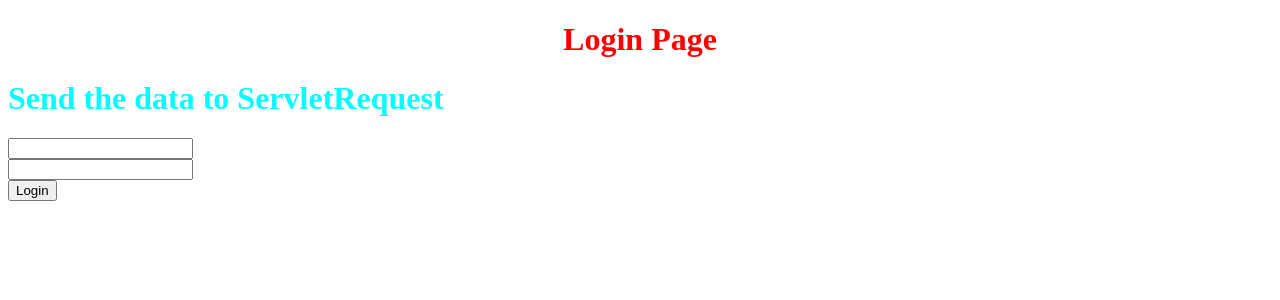
Repository: Somanath-Singh/Spring-Framework-By-Qspide
Page: http://localhost/SpringMVC-Proj01/formLogin.jsp
These files come from the project's save history. The page is drawn as it stood at one moment and after the next save; the edit follows.
The browser window is 1280 px wide. The pictures show the whole page.
The page is served by Tomcat 10. Other server files are loaded and not shown.

Above is the page before, as saved 2025-02-17 05:53:17.

### SpringMVC-Proj01/src/main/webapp/formLogin.jsp
<%@ page language="java" contentType="text/html; charset=UTF-8"
    pageEncoding="UTF-8"%>
<!DOCTYPE html>
<html>
<head>
<meta charset="UTF-8">
<title>Insert title here</title>
</head>
<body>

	<h1 style="color:red;text-align:center;">Login Page</h1>

	<h1 style="color:cyan;text-align:left;">Send the data to ServletRequest</h1>
	<form action="./login" method="POST">
		<input type="email" name="email"><br> <input type="password"
			name="password"><br>
		<button>Login</button>
	</form>

</body>
</html>

After the next save:
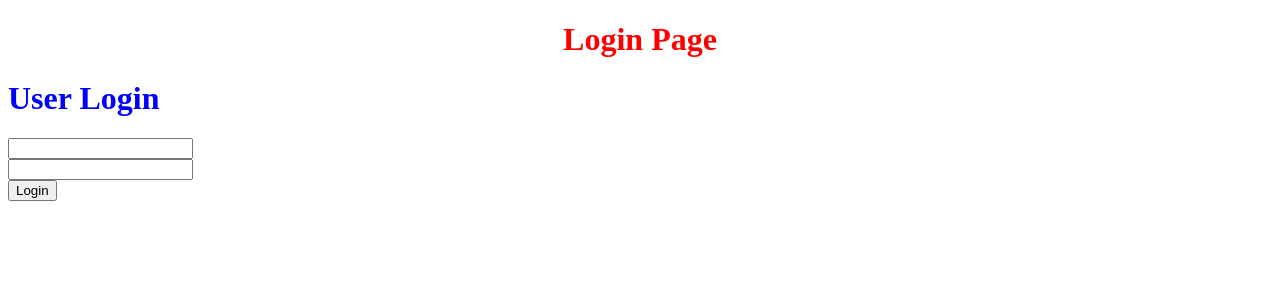
Saved 98 s later.
--- a/SpringMVC-Proj01/src/main/webapp/formLogin.jsp
+++ b/SpringMVC-Proj01/src/main/webapp/formLogin.jsp
@@ -10,8 +10,8 @@
 
 	<h1 style="color:red;text-align:center;">Login Page</h1>
 
-	<h1 style="color:cyan;text-align:left;">Send the data to ServletRequest</h1>
-	<form action="./login" method="POST">
+	<h1 style="color:blue;text-align:left;">User Login</h1>
+	<form action="./loginform" method="POST">
 		<input type="email" name="email"><br> <input type="password"
 			name="password"><br>
 		<button>Login</button>
